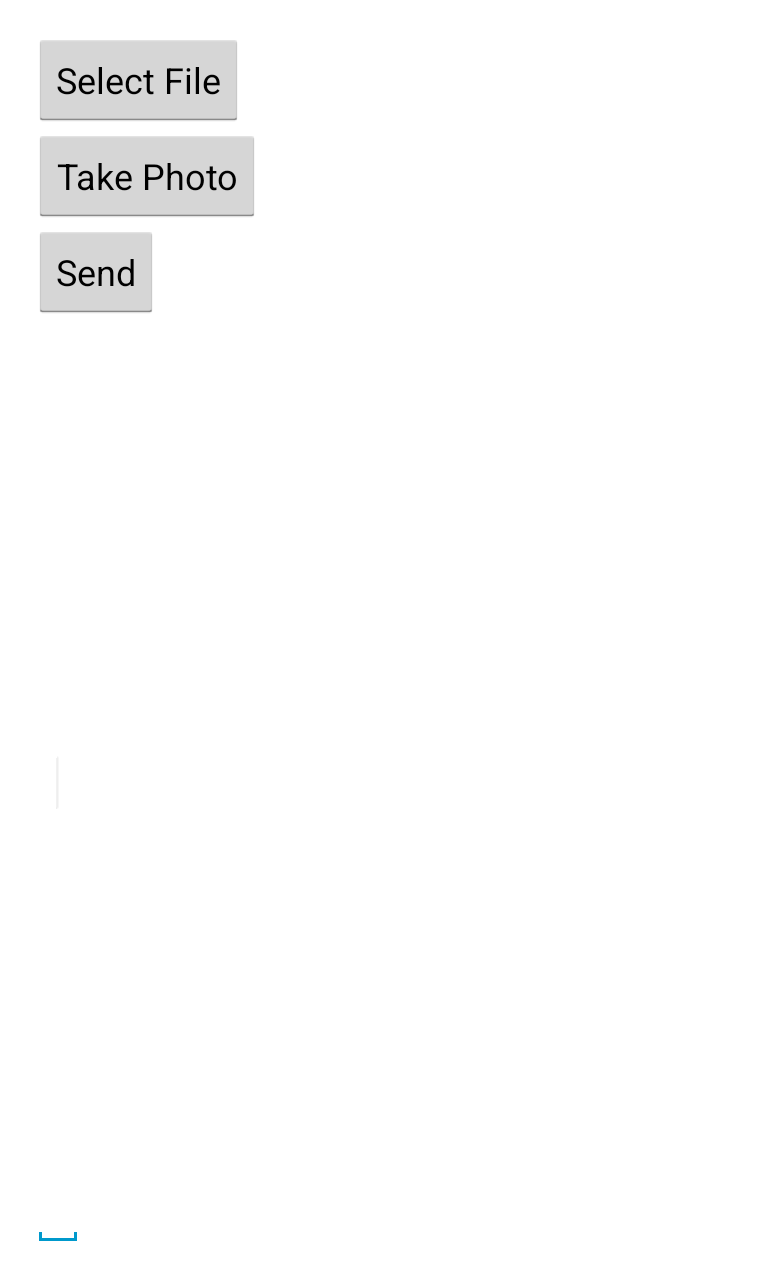
Repository: mossr/ocr_testing
Layout: sending_to_server/Photo2Server/res/layout/activity_main.xml
An editor plug-in stored every save of this project. The layout is shown before and after the next save, followed by the edit.
It is drawn on a 768 x 1280 px phone screen (xhdpi) without system bars, with theme AppTheme; the app's code is not run.

Above is the layout before, as saved 2014-01-15 14:13:35.

After the next save:
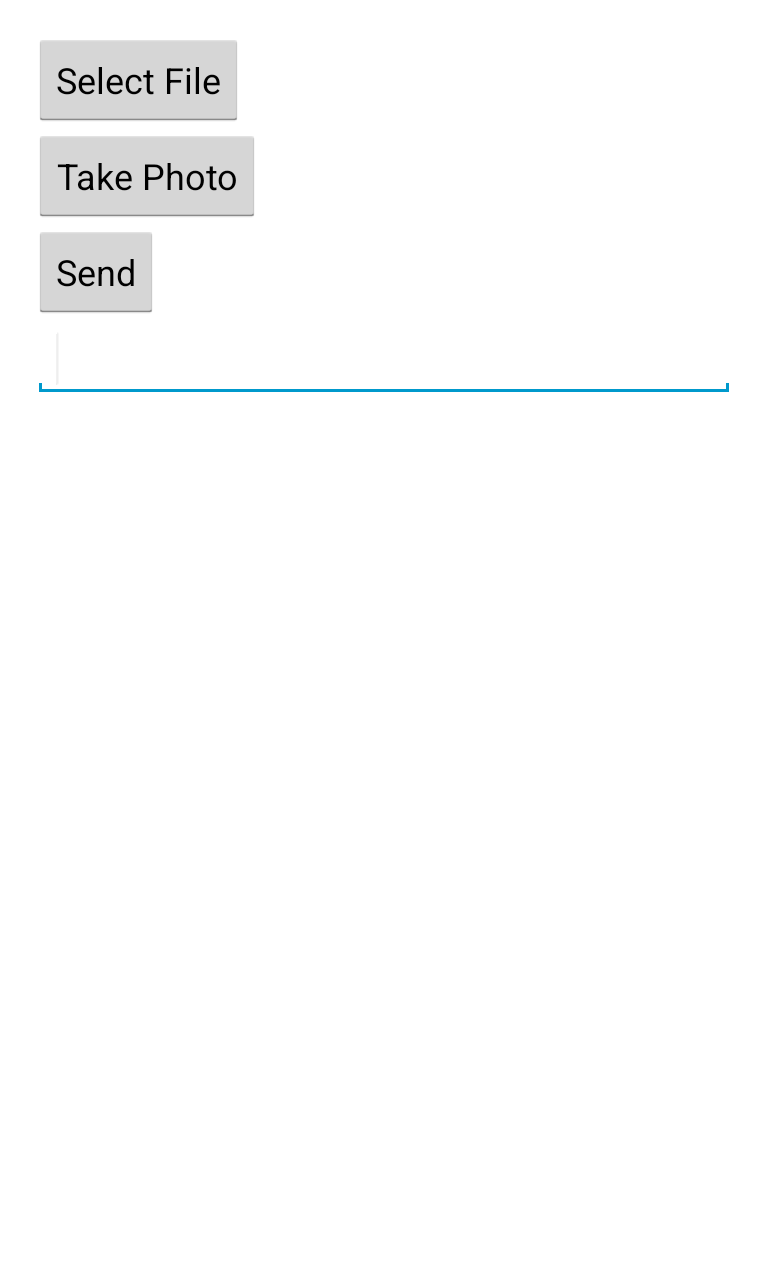
Saved 41 s later.
--- a/sending_to_server/Photo2Server/res/layout/activity_main.xml
+++ b/sending_to_server/Photo2Server/res/layout/activity_main.xml
@@ -40,8 +40,8 @@
         android:id="@+id/editText1"
         android:layout_width="wrap_content"
         android:layout_height="wrap_content"
-        android:layout_alignParentBottom="true"
         android:layout_alignParentLeft="true"
+        android:layout_alignParentRight="true"
         android:layout_below="@id/button3"
         android:inputType="numberDecimal" >
 
